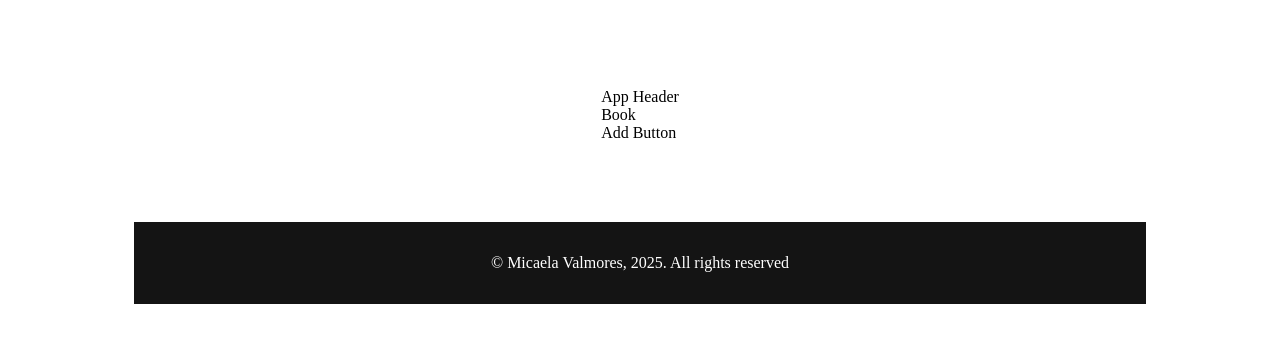
Repository: Micaelavalmores/COMP3170-Data-Fetching
Page: /
These files come from the project's save history. The page is drawn as it stood at one moment and after a run of saves; the edit follows.
The browser window is 1280 px wide. The pictures show the whole page.
The project was rebuilt for these pictures with package versions that can differ from the ones it lists, and the page was loaded fresh each time. Also part of the build but not shown: vite.config.js.

Above is the page before, as saved 2025-09-22 18:01:51.

After the next 2 saves:
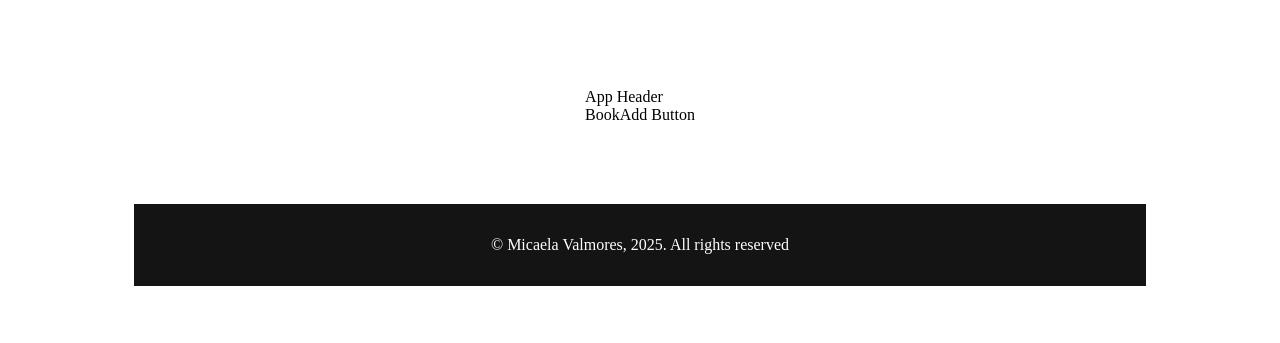
The 2 saves are shown as one change because they came seconds apart.
The last was saved 11 s later.
--- a/src/index.css
+++ b/src/index.css
@@ -26,7 +26,8 @@
   }
 
   .mainContent {
-
+    display: flex;
+    justify-content: ;
   }
 
 }
